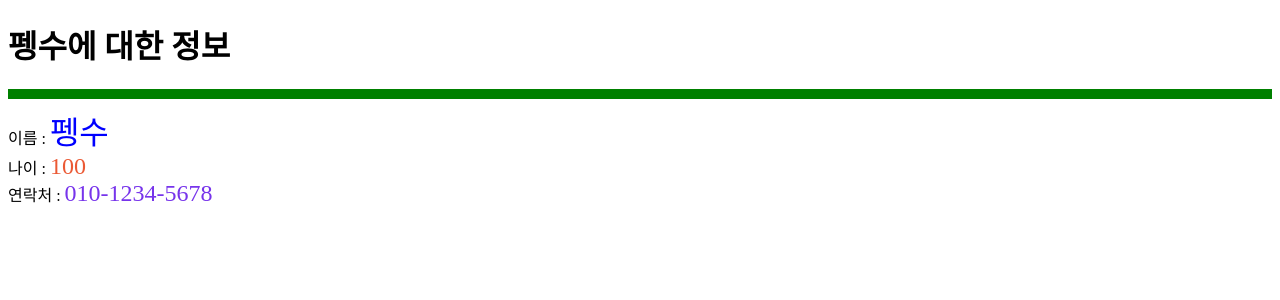
Repository: ujin2021/jsp_study
Page: jsp01/WebContent/me2.html
The author's editor kept a copy of each file at every save. The page is drawn from the files as they stood at one save, then again after the next save.
The browser window is 1280 px wide. The pictures show the whole page.

Above is the page before, as saved 2020-01-11 07:54:28.

After the next save:
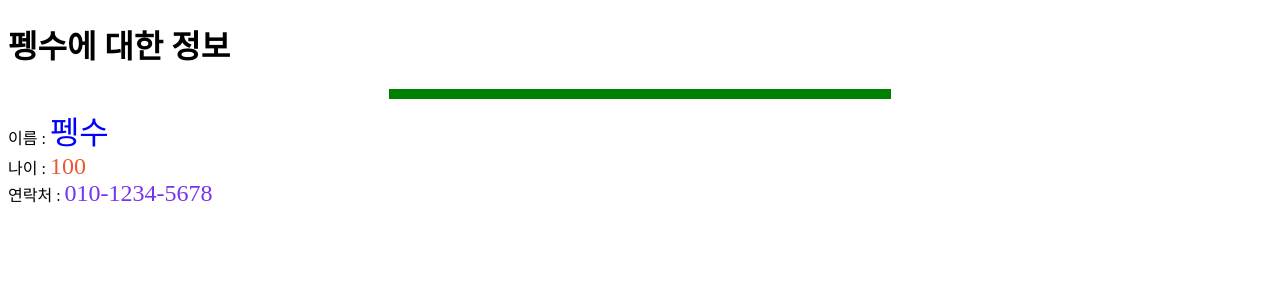
Saved 16 s later.
--- a/jsp01/WebContent/me2.html
+++ b/jsp01/WebContent/me2.html
@@ -8,7 +8,7 @@
 <h1>펭수에 대한 정보</h1>
 <!-- header 제목용 -->
 <!-- 옆에 다른 것이 오게 할 수 없다. -->
-<hr size="10" color="green">
+<hr size="10" color="green" width="500">
 이름 : <font color="blue" size="6">펭수</font> <br>
 나이 : <font color="#eb5934" size="5">100</font> <br>
 연락처 : <font color="#7734eb" size="5">010-1234-5678</font> <br>
